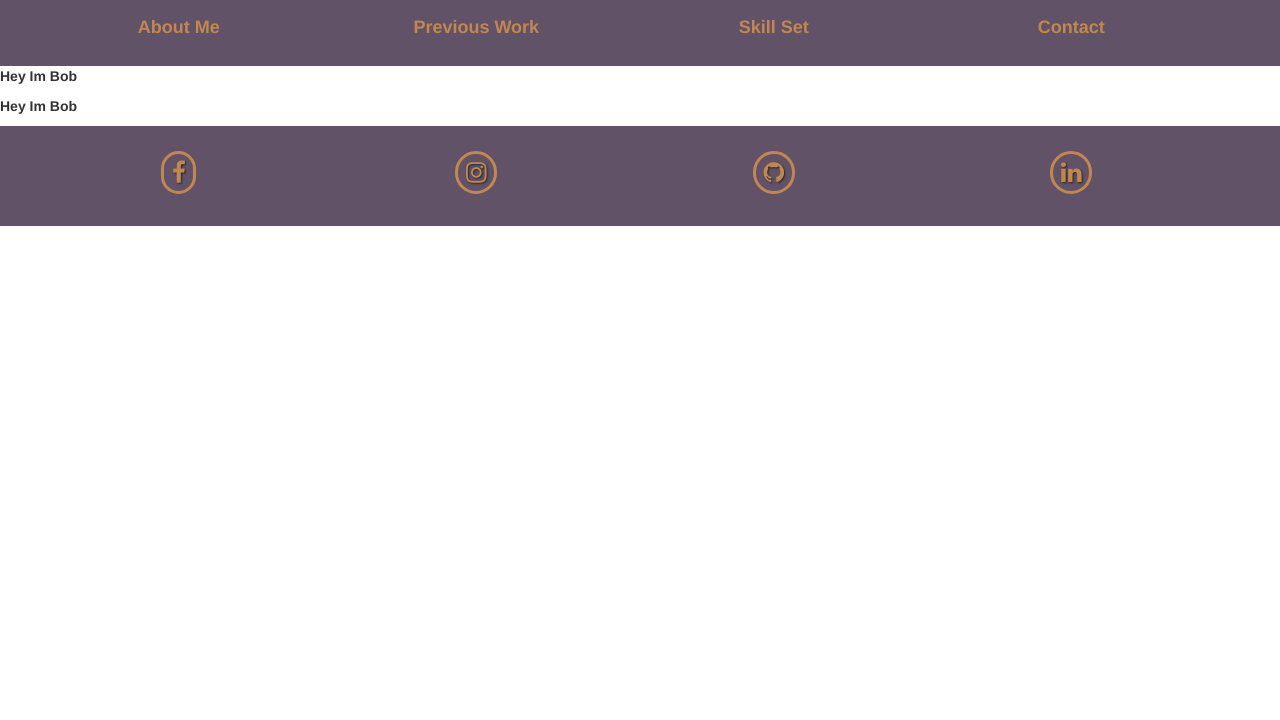
Repository: Rang3rDang3r/Portfolio
Page: main.html
The author's editor kept a record of every edit. The page is drawn from the files as they stood at one moment, then again after the next edit.
The browser window is 1280 px wide. The pictures show the whole page.

Above is the page before.

After the next edit:
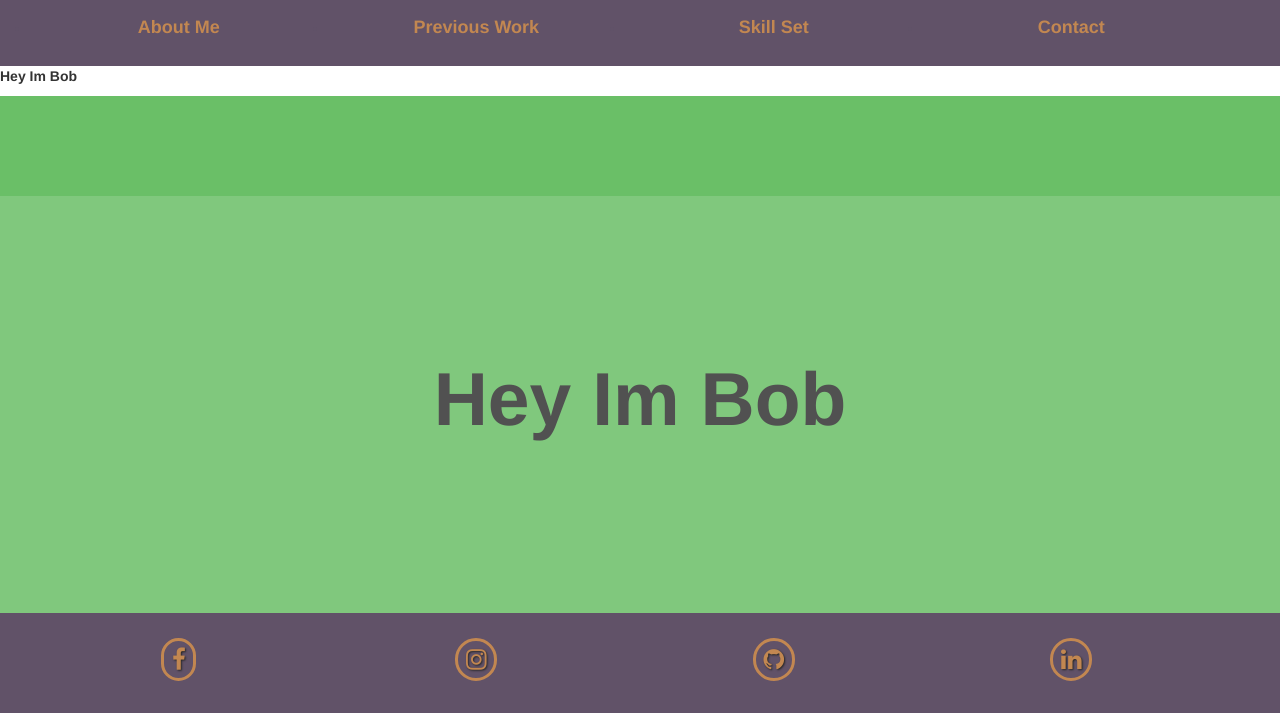
The edit:
--- a/main.html
+++ b/main.html
@@ -49,8 +49,8 @@
             </div>
         <div class="eton-blue-b"></div>
 
-        <div class="eton-blue-b"></div>
-            <div class="eton-blue">
+        <div class="mantis-b"></div>
+            <div class="mantis">
                 <p><strong>Hey Im Bob</strong></p>
             </div>
         <div class="eton-blue-b"></div>
